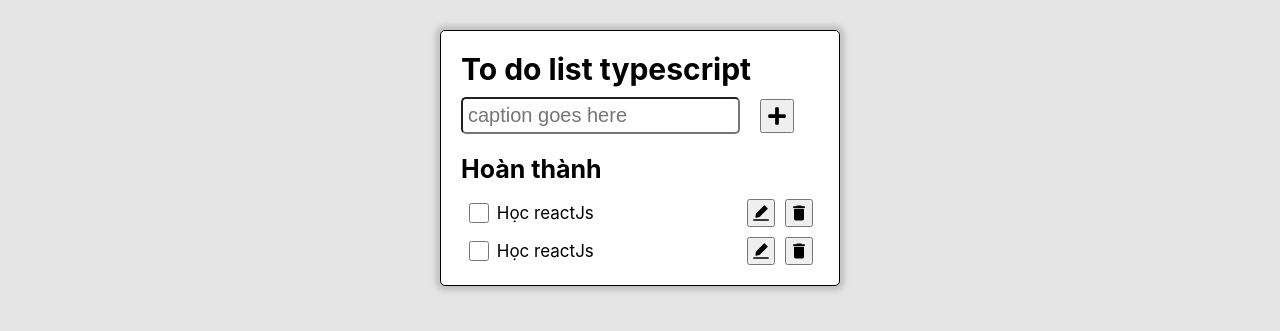
Repository: Nhatktvn/TodoListReactTs
Page: /
These files come from the project's save history. The page is drawn as it stood at one moment and after the next save; the edit follows.
The browser window is 1280 px wide. The pictures show the whole page.
The project was rebuilt for these pictures with package versions that can differ from the ones it lists, and the page was loaded fresh each time.

Above is the page before, as saved 2023-11-08 09:19:10.

### src/index.css
* {
  margin: 0;
  padding: 0;
  box-sizing: border-box;
}

html {
  font-size: 10px;
  --font-size: 2rem;
}

body {
  margin: 0;
  font-family: -apple-system, BlinkMacSystemFont, 'Segoe UI', 'Roboto', 'Oxygen', 'Ubuntu', 'Cantarell', 'Fira Sans',
    'Droid Sans', 'Helvetica Neue', sans-serif;
  -webkit-font-smoothing: antialiased;
  -moz-osx-font-smoothing: grayscale;
  background-color: #e5e5e5;
}

input,
button {
  font-size: var(--font-size);
}
code {
  font-family: source-code-pro, Menlo, Monaco, Consolas, 'Courier New', monospace;
}

### src/App.tsx
import React from 'react'
import './App.css'
import TodoList from './components/TodoList/TodoList'

function App() {
  return (
    <div className='App'>
      <TodoList />
    </div>
  )
}

export default App

### src/components/TodoList/TodoList.tsx
import React, { useState } from 'react'
import styles from './todoList.module.scss'
import TaskInput from '../TaskInput/TaskInput'
import TaskList from '../TaskList/TaskList'
export default function TodoList() {
  const [listTask, setListTask] = useState([
    {
      name: 'Học reactJs',
      done: false
    }
  ])
  return (
    <div className={styles.todoList}>
      <div className={styles.todoListContainer}>
        <TaskInput />
        <TaskList doneTaskList={false} />
      </div>
    </div>
  )
}

### src/components/TodoList/todoList.module.scss
.todoList {
  padding: 3rem;
}
.todoListContainer {
  background-color: #fff;
  padding: 2rem;
  max-width: 40rem;
  border-radius: 5px;
  margin: 0 auto;
  border: 1px solid #000;
  box-shadow: 0px 0px 5px 5px #c4c4c4;
  text-align: left;
}

### src/components/TaskInput/TaskInput.tsx
import React from 'react'
import styles from './taskInput.module.scss'
import { FaPlus } from 'react-icons/fa'
export default function TaskInput() {
  return (
    <div>
      <h1 className={styles.title}>To do list typescript</h1>
      <form className={styles.form}>
        <input type='text' placeholder='caption goes here' />
        <button type='submit'>
          <FaPlus />
        </button>
      </form>
    </div>
  )
}

### src/components/TaskList/TaskList.tsx
import React from 'react'
import styles from './tasklist.module.scss'
import { AiFillEdit } from 'react-icons/ai'
import { MdDelete } from 'react-icons/md'
interface TaskLiskProps {
  doneTaskList: boolean
}
export default function TaskList(props: TaskLiskProps) {
  const { doneTaskList } = props
  return (
    <div>
      <h2 className={styles.title}>Hoàn thành</h2>
      <div className={styles.tasks}>
        <div className={styles.task}>
          <input type='checkbox' />
          <span className={styles.taskName}>Học reactJs</span>
          <div className={styles.taskAction}>
            <button className={styles.btn}>
              <AiFillEdit />
            </button>
            <button className={styles.btn}>
              <MdDelete />
            </button>
          </div>
        </div>
        <div className={styles.task}>
          <input type='checkbox' />
          <span className={styles.taskName}>Học reactJs</span>
          <div className={styles.taskAction}>
            <button className={styles.btn}>
              <AiFillEdit />
            </button>
            <button className={styles.btn}>
              <MdDelete />
            </button>
          </div>
        </div>
      </div>
    </div>
  )
}

### src/components/TaskInput/taskInput.module.scss
.title {
  font-size: 3rem;
  margin-bottom: 1rem;
}

.form {
  display: flex;
  justify-content: left;
  align-items: center;
  gap: 2rem;
  margin-bottom: 2rem;
  input {
    padding: 5px;
    border-radius: 5px;
  }
  button {
    flex-shrink: 0;
    cursor: pointer;
    display: flex;
    justify-content: center;
    align-items: center;
    padding: 5px;
  }
}

### src/components/TaskList/tasklist.module.scss
.title {
  font-size: 2.5rem;
  margin-bottom: 1.5rem;
}
.tasks {
  .task {
    display: flex;
    justify-content: flex-start;
    align-items: center;
    &:not(:last-child) {
      margin-bottom: 1rem;
    }
    input {
      flex: 0 0 10%;
      max-width: 10%;
      height: 2rem;
    }
    .taskName {
      flex: 0 0 70%;
      max-width: 70%;
      font-size: 1.7rem;
      &.taskNameDone {
        text-decoration: line-through;
      }
    }
    .taskAction {
      flex: 0 0 20%;
      max-width: 20%;
      display: flex;
      gap: 1rem;
      .btn {
        padding: 2px;
        display: flex;
        justify-content: center;
        align-items: center;
        cursor: pointer;
      }
    }
  }
}

Loaded but not shown: public/index.html (common file); src/index.tsx (common file); src/reportWebVitals.ts (common file); src/App.css (common file)

After the next save:
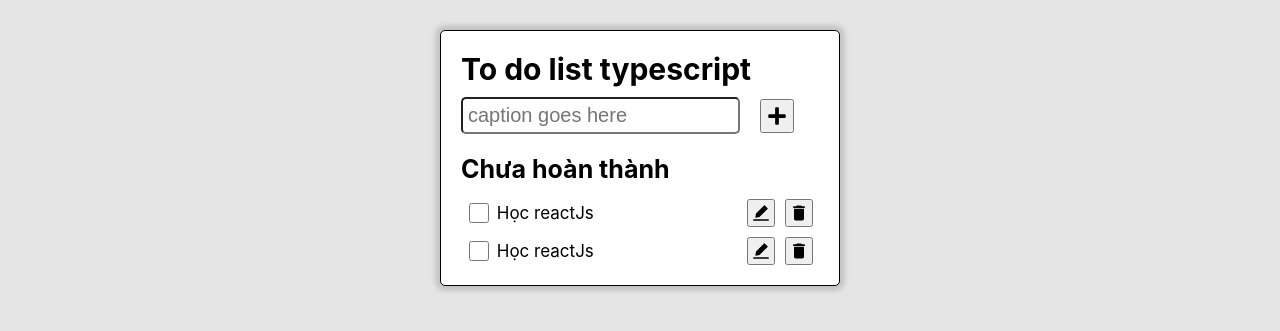
Saved 36 s later.
--- a/src/components/TaskList/TaskList.tsx
+++ b/src/components/TaskList/TaskList.tsx
@@ -9,7 +9,7 @@ export default function TaskList(props: TaskLiskProps) {
   const { doneTaskList } = props
   return (
     <div>
-      <h2 className={styles.title}>Hoàn thành</h2>
+      <h2 className={styles.title}>{doneTaskList ? 'Hoàn thành' : 'Chưa hoàn thành'}</h2>
       <div className={styles.tasks}>
         <div className={styles.task}>
           <input type='checkbox' />
